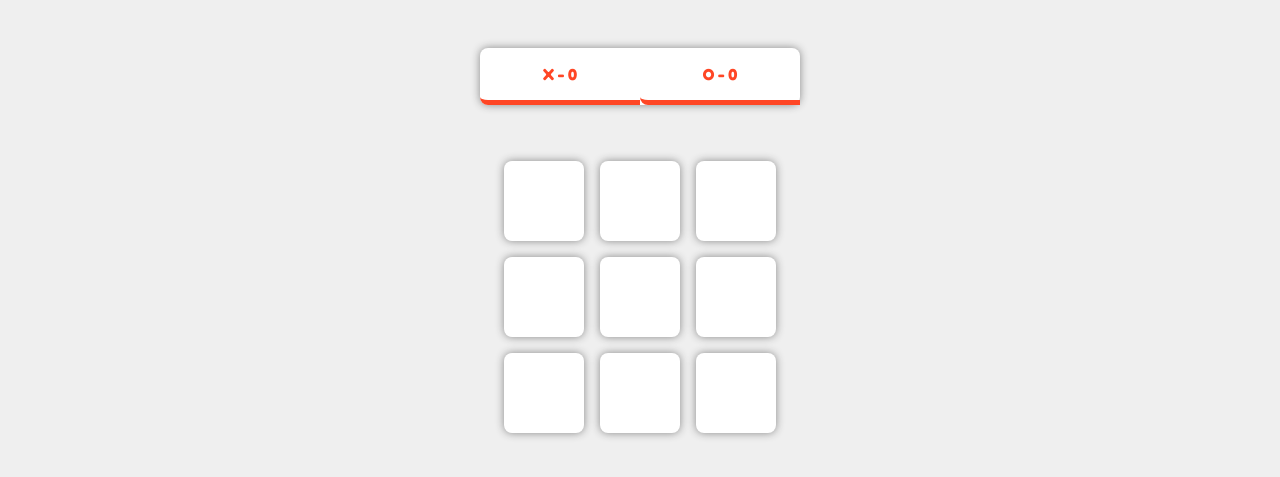
Repository: Seva2705/tic-tac-toe.github.io
Page: /
These files come from the project's save history. The page is drawn as it stood at one moment and after a run of saves; the edit follows.
The browser window is 1280 px wide. The pictures show the whole page.
The project was rebuilt for these pictures with package versions that can differ from the ones it lists, and the page was loaded fresh each time.

Above is the page before, as saved 2023-04-04 17:59:47.

After the next 2 saves:
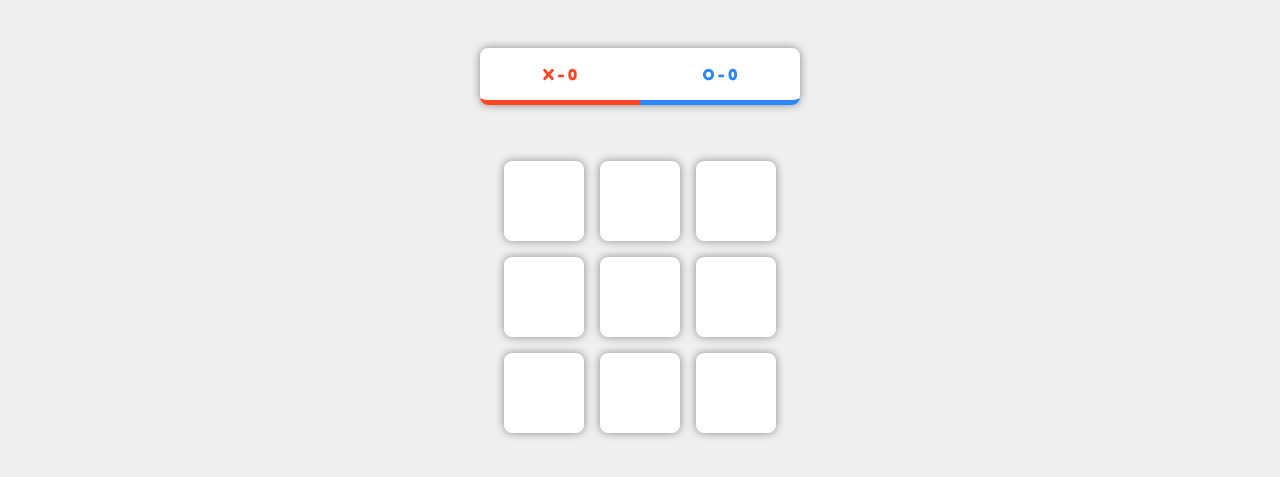
The 2 saves are shown as one change because they came seconds apart.
The last was saved 25 s later.
--- a/src/components/ScoreBoard.js
+++ b/src/components/ScoreBoard.js
@@ -6,7 +6,7 @@ const ScoreBoard = ({scores, xPlaying}) => {
   return (
     <div className='scoreboard'>
         <span className={`score x-score ${!xPlaying && 'inactive'}`}>X - {xScore}</span>
-        <span className={`score x-score ${xPlaying && 'inactive'}`}>O - {oScore}</span>
+        <span className={`score o-score ${xPlaying && 'inactive'}`}>O - {oScore}</span>
     </div>
   )
 }
